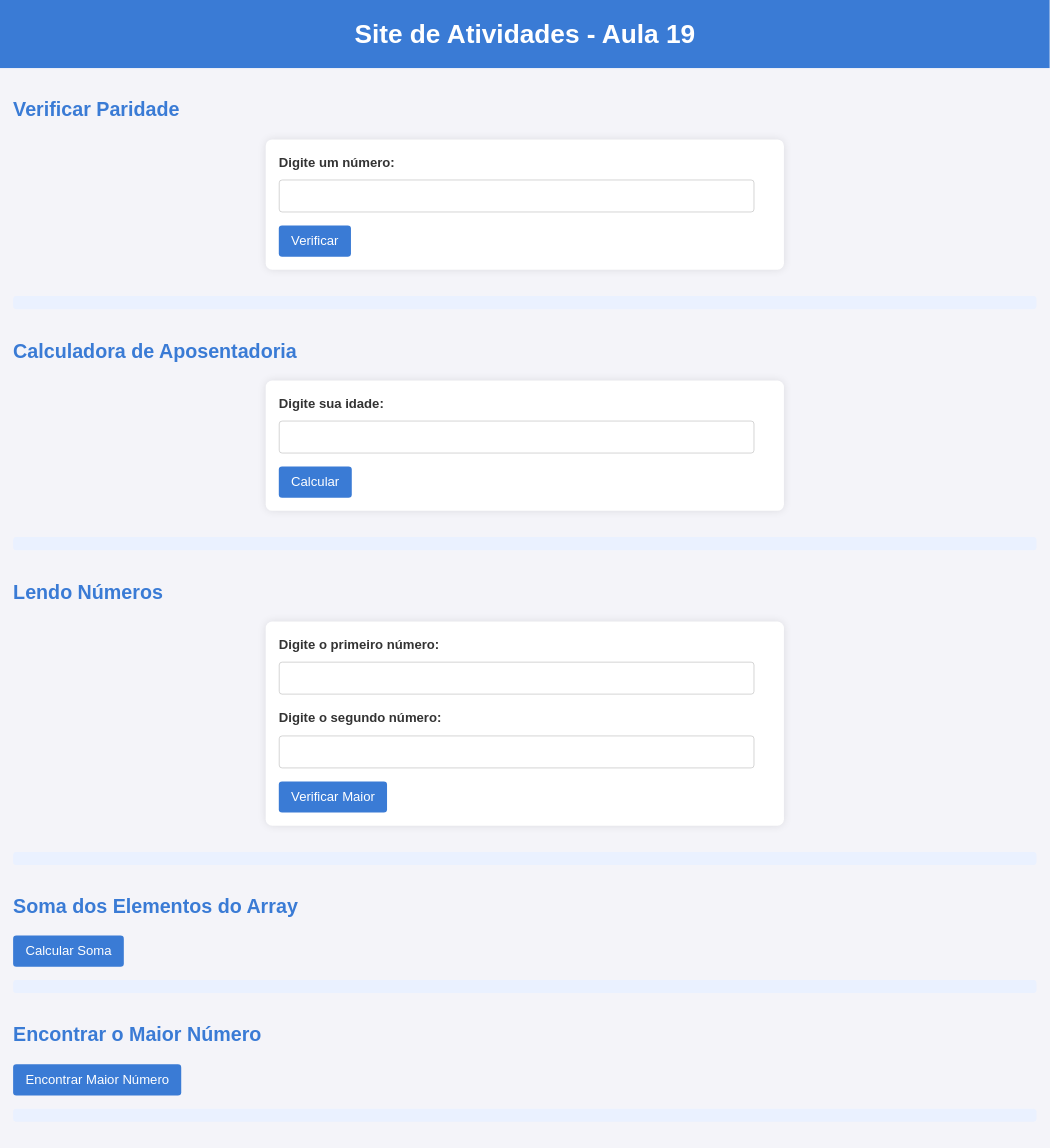
Repository: Gabrielb0rn/Java-script.io
Page: 19aula 1208/index.html
An editor plug-in stored every save of this project. The page is shown before and after the next save, followed by the edit.
The browser window is 1280 px wide. The pictures show the whole page, at 82% of full size.

Above is the page before, as saved 2024-08-12 08:44:28.

After the next save:
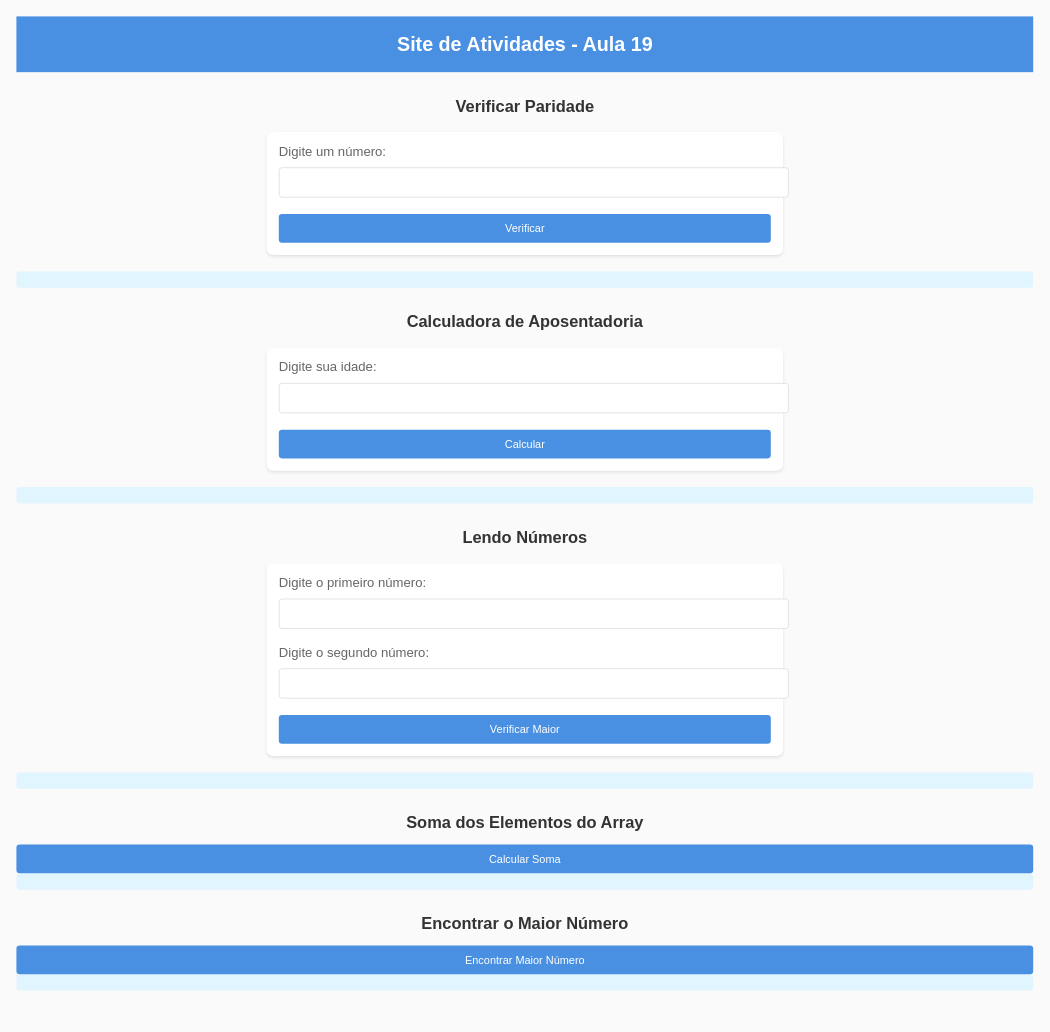
Saved 2 min 41 s later.
--- a/19aula 1208/assets/style.css
+++ b/19aula 1208/assets/style.css
@@ -1,91 +1,80 @@
 /* Estilo geral */
 body {
-    font-family: Arial, sans-serif;
-    line-height: 1.6;
+    font-family: 'Arial', sans-serif;
+    background-color: #FAFAFA;
+    color: #333;
     margin: 0;
-    padding: 0;
-    background-color: #f4f4f9;
-    color: #333;
+    padding: 20px;
 }
 
 header {
-    background-color: #3a7bd5;
-    color: white;
+    background-color: #4A90E2;
+    color: #FFFFFF;
     text-align: center;
-    padding: 1rem 0;
-    margin-bottom: 2rem;
+    padding: 20px 0;
+    margin-bottom: 30px;
 }
 
 h1 {
     margin: 0;
-    font-size: 2rem;
+    font-size: 24px;
 }
 
 h2 {
-    color: #3a7bd5;
-    font-size: 1.5rem;
-    margin-bottom: 1rem;
+    font-size: 20px;
+    color: #333333;
+    text-align: center;
+    margin-bottom: 15px;
 }
 
 .container {
+    background: #FFFFFF;
+    padding: 15px;
+    border-radius: 8px;
+    box-shadow: 0 2px 4px rgba(0,0,0,0.1);
+    width: 90%;
     max-width: 600px;
-    margin: 0 auto 2rem;
-    padding: 1rem;
-    background-color: white;
-    border-radius: 8px;
-    box-shadow: 0 0 10px rgba(0, 0, 0, 0.1);
+    margin: 20px auto;
 }
 
 label {
     display: block;
-    margin-bottom: 0.5rem;
-    font-weight: bold;
+    margin-bottom: 10px;
+    color: #666;
 }
 
-input[type="number"] {
-    width: calc(100% - 20px);
+input[type="number"], input[type="text"] {
+    width: 100%;
     padding: 10px;
-    margin-bottom: 1rem;
-    border: 1px solid #ccc;
+    margin-bottom: 20px;
+    border: 1px solid #DDD;
     border-radius: 4px;
-    box-sizing: border-box;
-    font-size: 1rem;
 }
 
 button {
-    background-color: #3a7bd5;
+    width: 100%;
+    padding: 10px;
+    background-color: #4A90E2;
     color: white;
-    padding: 10px 15px;
     border: none;
     border-radius: 4px;
-    font-size: 1rem;
     cursor: pointer;
-    transition: background-color 0.3s ease, transform 0.2s ease;
+    transition: background-color 0.3s;
 }
 
 button:hover {
-    background-color: #356abc;
-}
-
-button:active {
-    transform: translateY(2px);
+    background-color: #357ABD;
 }
 
 p {
-    background-color: #eaf1ff;
-    padding: 0.5rem;
+    padding: 10px;
+    background-color: #E1F5FE;
     border-radius: 4px;
-    font-weight: bold;
     text-align: center;
+    color: #333;
+    margin-top: 0;
 }
 
 section {
-    padding: 0 1rem;
-    margin-bottom: 2rem;
+    margin-bottom: 30px;
 }
-
-@media (min-width: 768px) {
-    .container {
-        width: 100%;
-    }
-}
